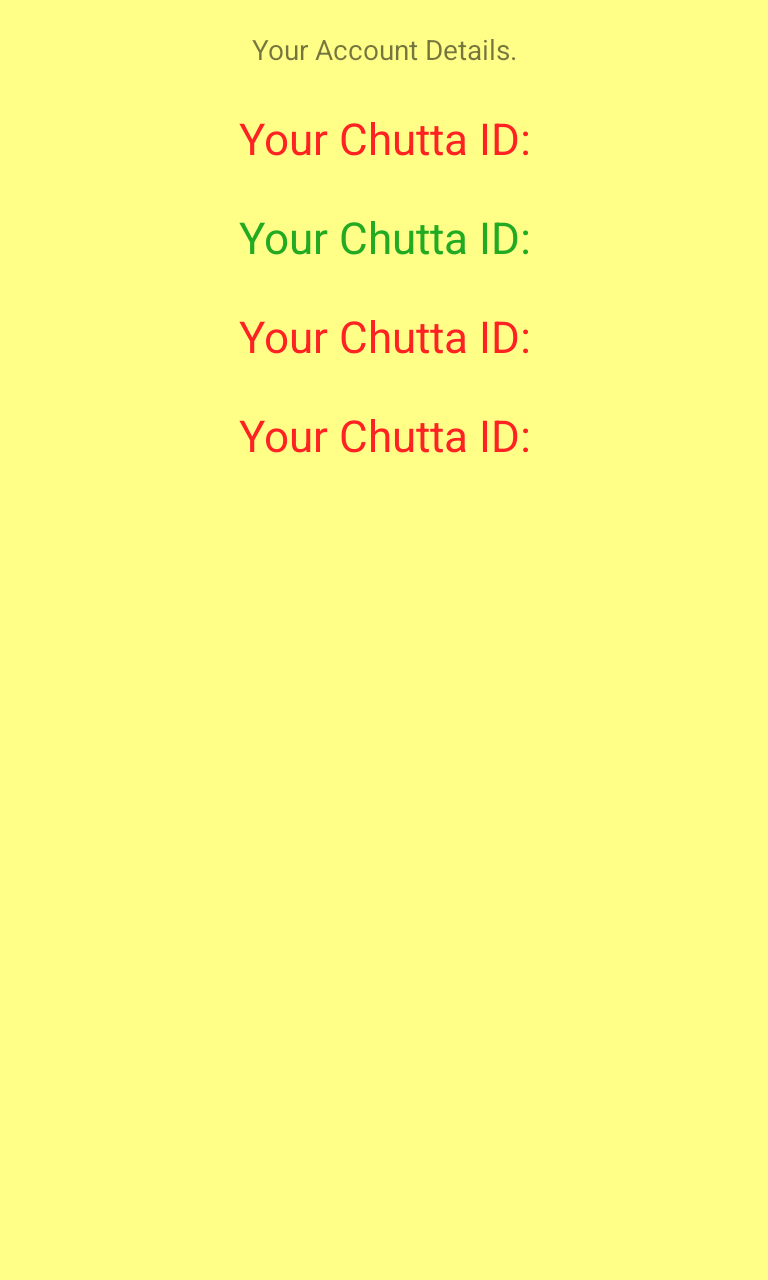
Repository: pankajksharma/chutta-pay
Layout: ChuttaPay/res/layout/activity_account.xml
An editor plug-in stored every save of this project. The layout is shown before and after the next save, followed by the edit.
It is drawn on a 768 x 1280 px phone screen (xhdpi) without system bars, with theme AppTheme; the app's code is not run.

Above is the layout before, as saved 2014-04-26 16:26:40.

### ChuttaPay/res/layout/activity_account.xml
<?xml version="1.0" encoding="utf-8"?>
<RelativeLayout xmlns:android="http://schemas.android.com/apk/res/android"
    android:layout_width="match_parent"
    android:layout_height="match_parent"
    android:background="#ffff88"
    android:paddingLeft="15dp"
    android:paddingRight="15dp" >

    <LinearLayout
        android:id="@+id/ll"
        android:layout_width="match_parent"
        android:layout_height="wrap_content"
        android:layout_centerHorizontal="true"
        android:layout_marginTop="15dp"
        android:orientation="vertical" >

        <TextView
            android:layout_width="match_parent"
            android:layout_height="wrap_content"
            android:gravity="center_horizontal"
            android:layout_marginBottom="20dp"
            android:text="Your Account Details." />

        <TextView
            android:layout_width="match_parent"
            android:layout_height="wrap_content"
            android:gravity="center_horizontal"
            android:layout_marginBottom="20dp"
            android:textColor="#ff2222"
            android:textSize="22dp"
            android:text="Your Chutta ID:" />

        <TextView
            android:layout_width="match_parent"
            android:layout_height="wrap_content"
            android:gravity="center_horizontal"
            android:layout_marginBottom="20dp"
            android:textColor="#22aa22"
            android:textSize="22dp"
            android:text="Your Chutta ID:" />

        <TextView
            android:layout_width="match_parent"
            android:layout_height="wrap_content"
            android:gravity="center_horizontal"
            android:layout_marginBottom="20dp"
            android:textColor="#ff2222"
            android:textSize="22dp"
            android:text="Your Chutta ID:" />

        <TextView
            android:layout_width="match_parent"
            android:layout_height="wrap_content"
            android:gravity="center_horizontal"
            android:layout_marginBottom="20dp"
            android:textColor="#ff2222"
            android:textSize="22dp"
            android:text="Your Chutta ID:" />

    </LinearLayout>

</RelativeLayout>

Loaded but not shown: ChuttaPay/res/values/styles.xml (common file); ChuttaPay/res/values-v11/styles.xml (common file); ChuttaPay/res/values-v14/styles.xml (common file)

After the next save:
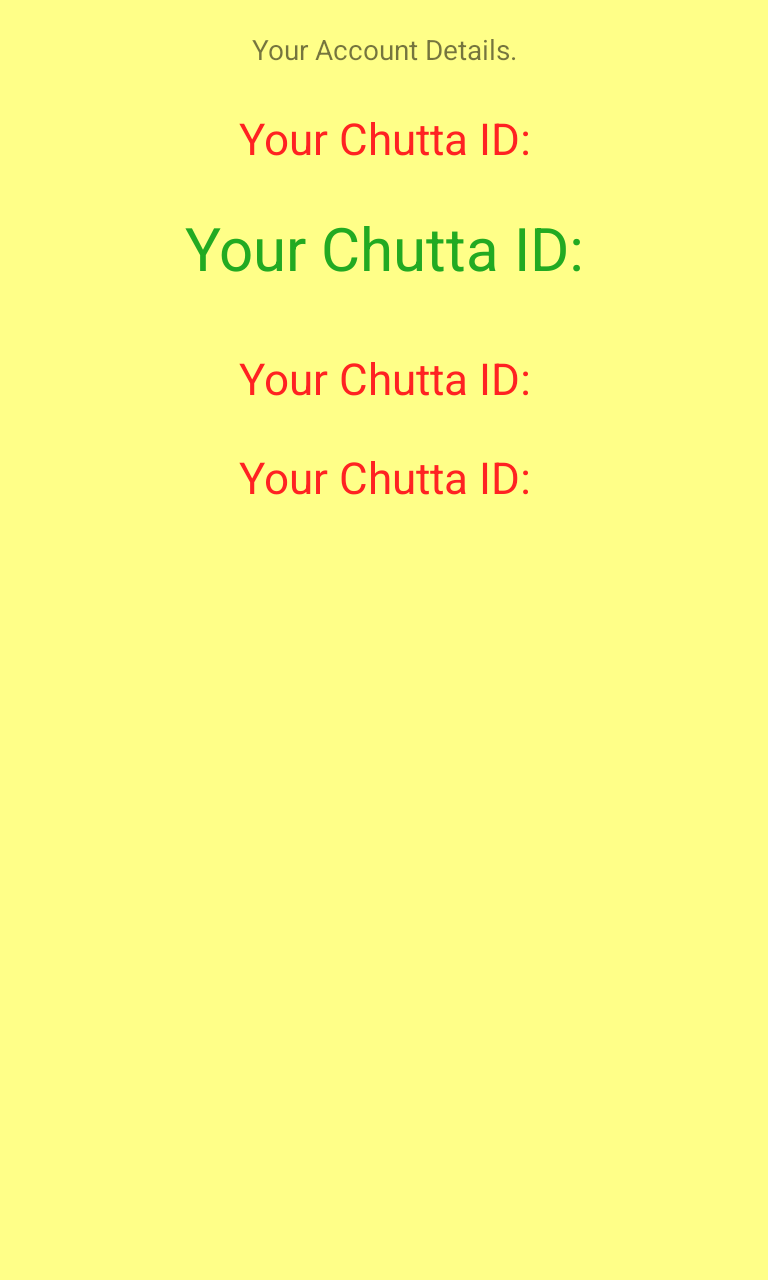
Saved 14 s later.
--- a/ChuttaPay/res/layout/activity_account.xml
+++ b/ChuttaPay/res/layout/activity_account.xml
@@ -34,9 +34,9 @@
             android:layout_width="match_parent"
             android:layout_height="wrap_content"
             android:gravity="center_horizontal"
-            android:layout_marginBottom="20dp"
+            android:layout_marginBottom="30dp"
             android:textColor="#22aa22"
-            android:textSize="22dp"
+            android:textSize="30dp"
             android:text="Your Chutta ID:" />
 
         <TextView
